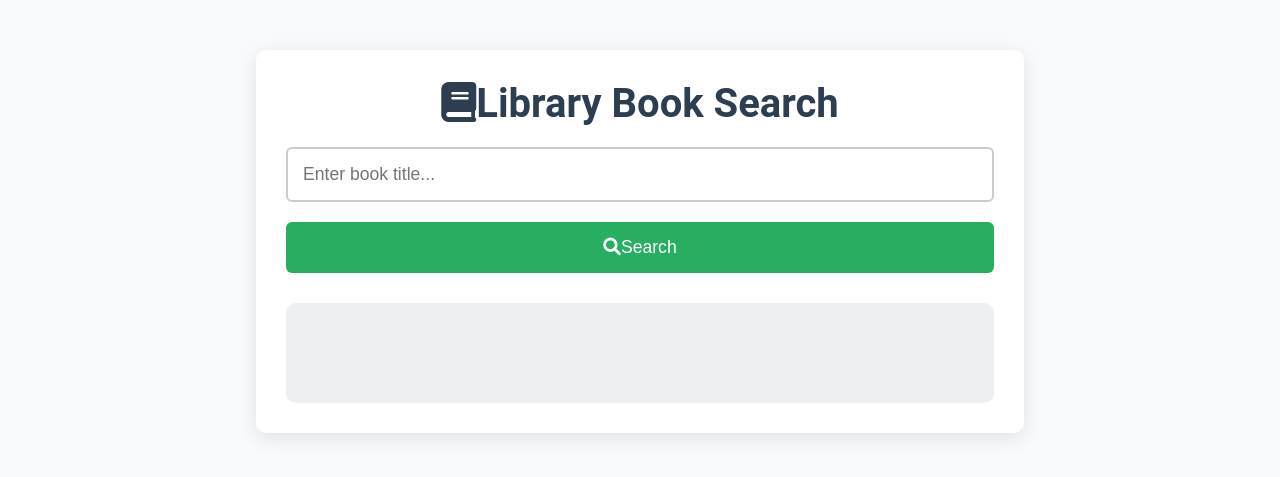
Repository: aravindhrdev/Liby
Page: index.html
An editor plug-in stored every save of this project. The page is shown before and after the next save, followed by the edit.
The browser window is 1280 px wide. The pictures show the whole page.

Above is the page before, as saved 2024-10-31 21:30:13.

### index.html
<!DOCTYPE html>
<html lang="en">
  <head>
    <meta charset="UTF-8" />
    <meta name="viewport" content="width=device-width, initial-scale=1.0" />
    <title>Library Book Search</title>
    <link
      rel="stylesheet"
      href="https://cdnjs.cloudflare.com/ajax/libs/font-awesome/6.0.0-beta3/css/all.min.css"
    />
    <link rel="stylesheet" href="/style.css" />
  </head>
  <body>
    <div class="container">
      <h1><i class="fas fa-book"></i>Library Book Search</h1>
      <input
        type="text"
        id="Search"
        placeholder="Enter book title..."
        autocomplete="off"
      />
      <ul id="suggestions"></ul>
      <button id="searchBtn"><i class="fas fa-search"></i>Search</button>

      <div id="results"></div>
    </div>
    <script src="https://code.jquery.com/jquery-3.6.0.min.js"></script>
    <script src="./index.js"></script>
  </body>
</html>

### style.css
/* Global Styles */
* {
  margin: 0;
  padding: 0;
  box-sizing: border-box;
}
body {
  font-family: "Roboto", sans-serif;
  background-color: #f9fafb;
  color: #333;
}
@keyframes fadeIn {
  from {
    transform: scale(0.95);
    opacity: 0;
  }
  to {
    transform: scale(1);
    opacity: 1;
  }
}
.container {
  width: 60%;
  margin: 50px auto;
  padding: 30px;
  background-color: #fff;
  box-shadow: 0 5px 20px rgba(0, 0, 0, 0.1);
  border-radius: 10px;
}
h1 {
  text-align: center;
  color: #2c3e50;
  font-size: 2.5rem;
  margin-bottom: 20px;
}
#Search {
  width: 100%;
  padding: 15px;
  font-size: 1.1rem;
  border: 2px solid #ccc;
  border-radius: 6px;
  margin-bottom: 10px;
  transition: border-color 0.3s ease-in-out;
}
#Search:focus {
  border-color: #3498db;
  outline: none;
  box-shadow: 0 0 8px rgba(52, 152, 219, 0.5);
}
#suggestions {
  list-style: none;
  border: 1px solid #ccc;
  border-radius: 6px;
  background-color: #fff;
  position: absolute;
  width: max-content;
  max-height: 150px;
  overflow-y: auto;
  display: none;
  z-index: 2;
}
#suggestions li {
  padding: 12px;
  cursor: pointer;
  border-bottom: 1px solid #eee;
  transition: background-color 0.3s ease-in-out;
}
#suggestions li:hover {
  background-color: #f0f0f0;
}
#searchBtn {
  display: inline-block;
  width: 100%;
  padding: 15px;
  font-size: 1.1rem;
  background-color: #27ae60;
  color: white;
  border: none;
  border-radius: 6px;
  cursor: pointer;
  margin-top: 10px;
  transition: background-color 0.3s ease-in-out;
}
#searchBtn:hover {
  background-color: #218c54;
}
#results {
  animation: fadeIn 0.5s ease-out;
  opacity: 1;
  transform: scale(1);
  margin-top: 30px;
  padding: 20px;
  background-color: #ecf0f1;
  border-radius: 10px;
  min-height: 100px;
  transition: all 0.3s ease;
}
.book-details {
  margin-bottom: 15px;
  padding: 15px;
  background-color: #fff;
  border: 1px solid #ddd;
  border-radius: 6px;
  box-shadow: 0 2px 5px rgba(0, 0, 0, 0.05);
  transition: transform 0.2s ease;
}
.book-details:hover {
  transform: scale(1.02);
}

### index.js
$(document).ready(function() {

    $('#Search').on('input', function() {
        let query = $(this).val();

        if (query.length >= 1) {
            $.ajax({
                url: "ajax.php",
                method: "POST",
                dataType: "json",
                data: { query: query },
                success: function(data) {
                    if (data.length > 0) {
                        let suggestions = '';
                        $.each(data, function(index, suggestion) {
                            suggestions += '<li>' + suggestion + '</li>';
                        });
                        $('#suggestions').fadeIn().html(suggestions);
                    } else {
                        $('#suggestions').fadeOut();
                    }
                },
                error: function() {
                    $('#suggestions').fadeOut();
                }
            });
        } else {
            $('#suggestions').fadeOut();
        }
    });

    $(document).on('click', '#suggestions li', function() {
        $('#Search').val($(this).text());
        $('#suggestions').fadeOut();
    });

    $('#searchBtn').click(function() {
        let query = $('#Search').val();

        if (query.length >= 1) {
            $.ajax({
                url: "search.php",
                method: "GET",
                dataType: "json",
                data: { search: query },
                success: function(data) {
                    if (data.message) {
                        $('#results').html(data.message).fadeIn();
                    } else {
                        let resultHtml = '<ul>';
                        $.each(data, function(index, book) {
                            resultHtml += '<li>';
                            resultHtml += '<strong>Title:</strong> ' + book.Title + '<br>';
                            resultHtml += '<strong>Author:</strong> ' + book.Author + '<br>';
                            resultHtml += '<strong>Publisher:</strong> ' + book.Publisher + '<br>';
                            resultHtml += '<strong>ISBN:</strong> ' + book.ISBN + '<br>';
                            resultHtml += '<strong>Published Year:</strong> ' + book.P_Year + '<br>';
                            resultHtml += '<strong>Type:</strong> ' + book.Type + '<br>';
                            resultHtml += '<strong>Access Type:</strong> ' + book.Access_Type + '<br>';
                            resultHtml += '</li>';
                        });
                        resultHtml += '</ul>';
                        $('#results').html(resultHtml).fadeIn();
                    }
                },
                error: function() {
                    $('#results').html("An error occurred while searching.").fadeIn();
                }
            });
        } else {
            $('#results').html("Enter Appropriate Book Title").fadeIn();
        }
    });
});

After the next save:
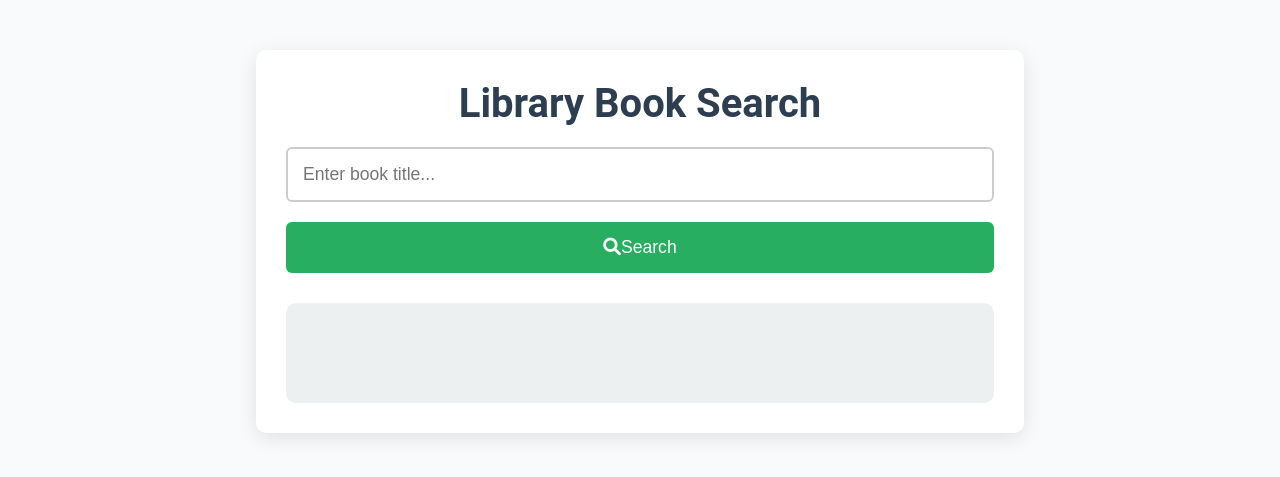
Saved 3 min 45 s later.
--- a/index.html
+++ b/index.html
@@ -12,7 +12,7 @@
   </head>
   <body>
     <div class="container">
-      <h1><i class="fas fa-book"></i>Library Book Search</h1>
+      <h1>Library Book Search</h1>
       <input
         type="text"
         id="Search"
